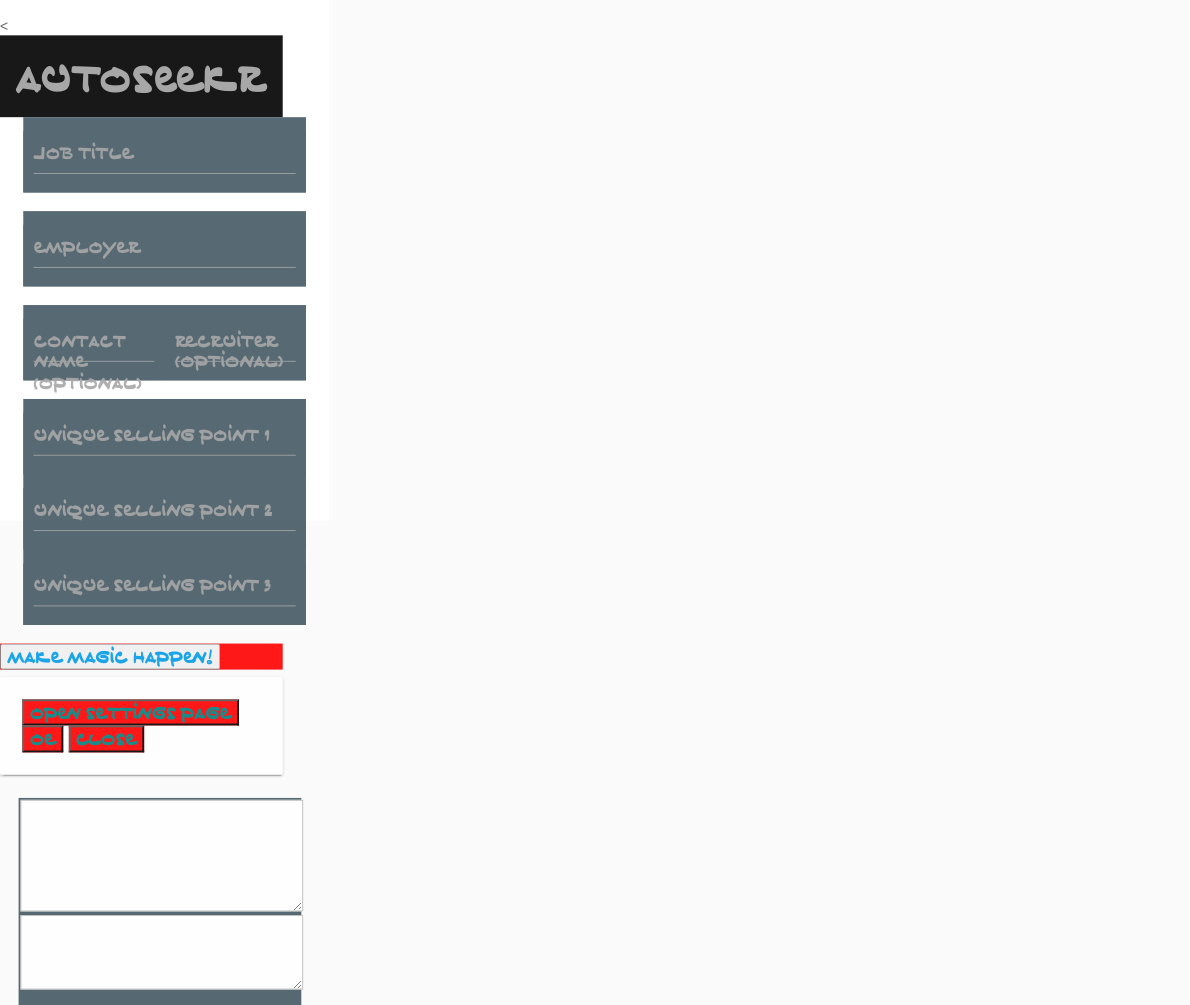
Repository: trendy77/autoJobbrr
Page: popup.html
These files come from the project's save history. The page is drawn as it stood at one moment and after the next save; the edit follows.
The browser window is 1280 px wide. The pictures show the whole page, at 93% of full size.

Above is the page before, as saved 2018-08-10 00:16:26.
Console error: ReferenceError: createJobForm is not defined

After the next save:
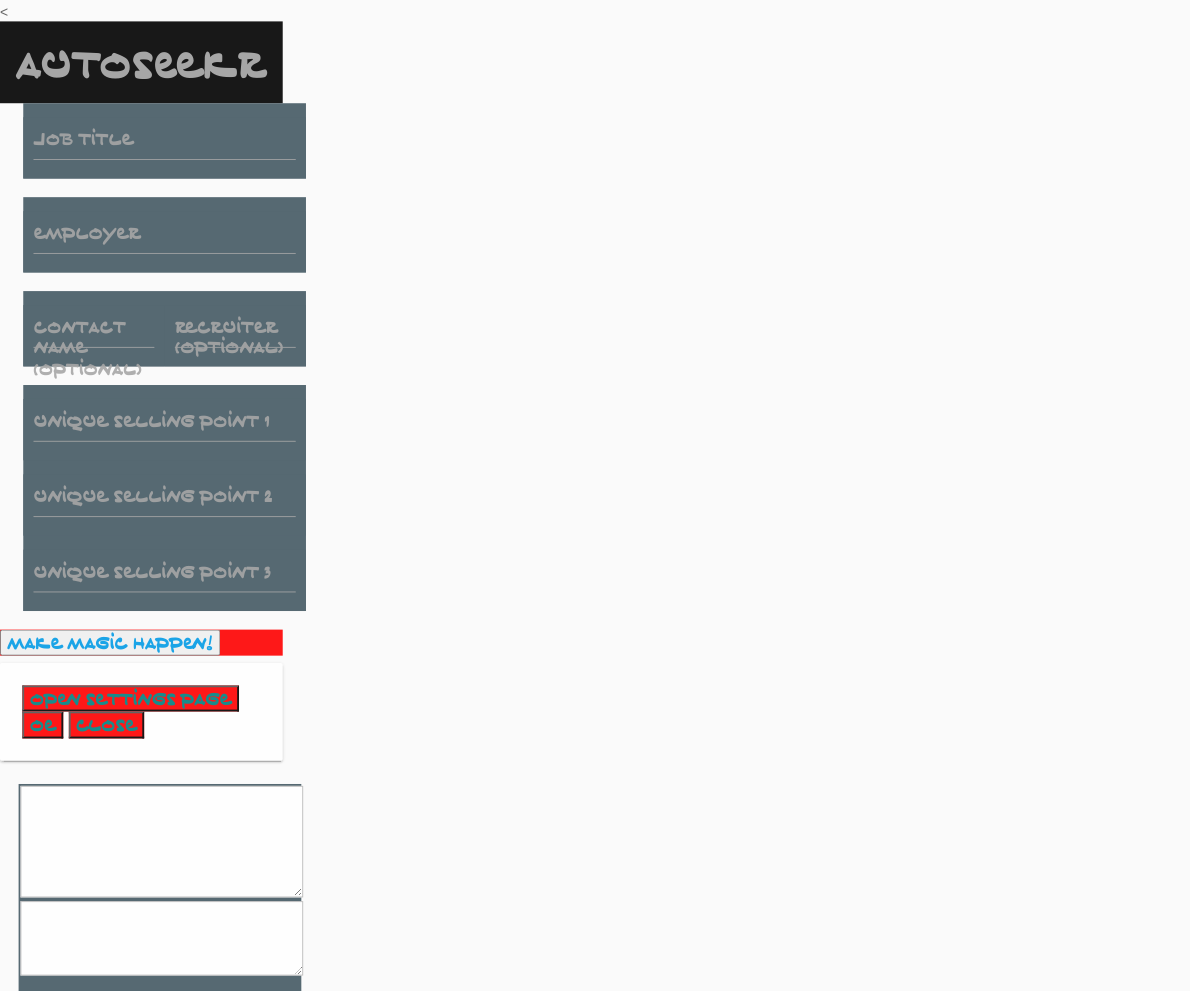
Saved 9 s later.
--- a/popup.html
+++ b/popup.html
@@ -12,7 +12,7 @@
 
           <link rel="manifest" href="manifest.webmanifest">
       </head>
-      <body class="section white">
+      <body>
             <div id="title" class="section no-pad black">
             <h4 style="font-family:tinyHands; src:('fonts/tinyHands.woff')" class="header center grey-text">autoSEEKr</h4>
           </div>
